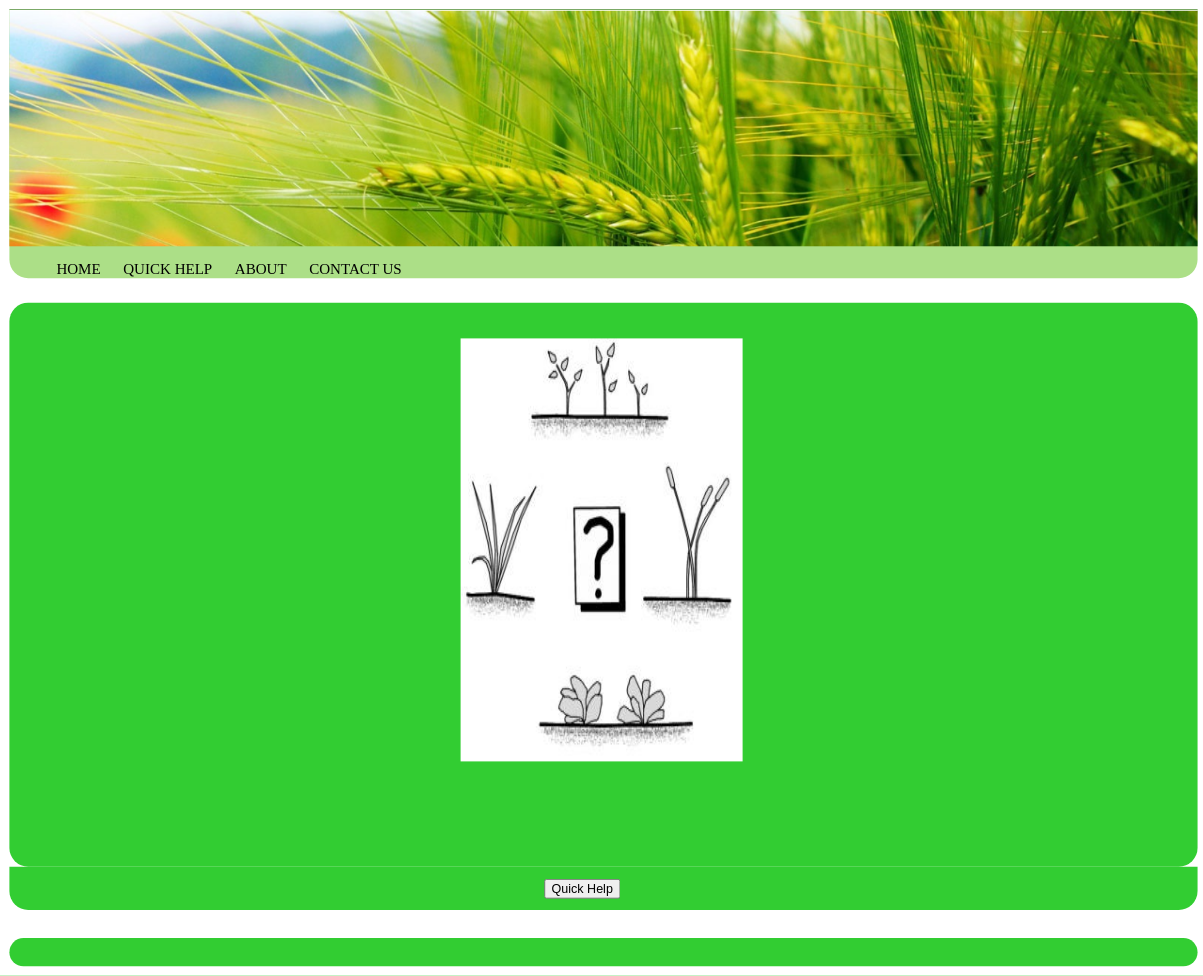
Repository: shivamtyagi1234/FarmoFriend
Page: http://localhost/FarmoFriend/
The author's editor kept a copy of each file at every save. The page is drawn from the files as they stood at one save, then again after the next save.
The browser window is 1280 px wide. The pictures show the whole page, at 94% of full size.
The page is served by Tomcat 9. Other server files are loaded and not shown.

Above is the page before, as saved 2019-11-03 06:55:02.

### FarmoFriend/WebContent/home.jsp
<%@ page language="java" contentType="text/html; charset=ISO-8859-1"
    pageEncoding="ISO-8859-1"%>
<!DOCTYPE html PUBLIC "-//W3C//DTD HTML 4.01 Transitional//EN" "http://www.w3.org/TR/html4/loose.dtd">
<html>
<head>
<meta http-equiv="Content-Type" content="text/html; charset=ISO-8859-1">
<title>home</title>

<style type="text/css">
#main
{
width: 100%;
height: 100%;
border: 2px solid white;
}
#homeHead
{
background-color: #ACDF87;
border-radius:0px 0px 20px 20px;
}
#blank1
{
width: 100%;
height: 10px;
}
#homeBody
{
background-color: limegreen;
border-top:2px solid;
width: 100%;
height: 600px;
border: 2px;
border-color:limegreen;
border-radius:20px 20px 20px 20px;
}
#homeBody img
{
height:450px;
width:300px;
padding-left: 38%;
padding-top: 3%;
}
#vote
{
border:2px;
border-color: limegreen;
padding-top:1%;
padding-left: 45%;
padding-bottom:1%;
background-color: limegreen;
border-radius:0px 0px 20px 20px;
}
#blank2
{
width: 100%;
height:30px;
}
</style>
</head>
<body >
<div id="main">
<div id="homeHead">
<jsp:include page="header.jsp"></jsp:include>
</div>
<div id="blank1"></div>
<div id="homeBody">
<img alt="home1" src="images\crop selection.jpg" >
<br>
</div>
<div id="vote">
<a href="voterLogin.jsp"><button>Quick Help</button></a>
</div>
<div id="blank2"></div>
<div id="homeFoot">
<jsp:include page="footer.jsp"></jsp:include>
</div>
</div>
</body>
</html>

### FarmoFriend/WebContent/header.jsp
<%@ page language="java" contentType="text/html; charset=ISO-8859-1"
    pageEncoding="ISO-8859-1"%>
<!DOCTYPE html PUBLIC "-//W3C//DTD HTML 4.01 Transitional//EN" "http://www.w3.org/TR/html4/loose.dtd">
<head>
<meta http-equiv="Content-Type" content="text/html; charset=ISO-8859-1">
<title>result</title>
<style>
#header
{
height: 25%;
width: 100%;


}
#header ul
{
list-style-type: none;
}
#header ul li
{
display: inline;

padding: 10px;
}
#header ul li a
{
text-decoration: none;
color: black;
}
</style>
</head>
<body>
<div id="header">
	<img src="images\head.png" width="100%">
	<ul>
	<li><a href="home.jsp">HOME</a></li>
	<li><a href="registration.jsp">QUICK HELP</a></li>
	<li><a href="voterLogin.jsp">ABOUT</a></li>
	<li><a href="result.jsp">CONTACT US</a></li>
</ul>
</div>
</body>
</html>

### FarmoFriend/WebContent/footer.jsp
<%@ page language="java" contentType="text/html; charset=ISO-8859-1"
    pageEncoding="ISO-8859-1"%>
<!DOCTYPE html PUBLIC "-//W3C//DTD HTML 4.01 Transitional//EN" "http://www.w3.org/TR/html4/loose.dtd">
<html>
<head>
<meta http-equiv="Content-Type" content="text/html; charset=ISO-8859-1">

<title>FOOTER</title>
<style type="text/css">
#footer
{
width: 100%;
height: 30px;
background-color: limegreen;
border-radius:20px 20px 20px 20px;
}
</style>
</head>
<body>
<div id="footer">

</div>
</body>
</html>

After the next save:
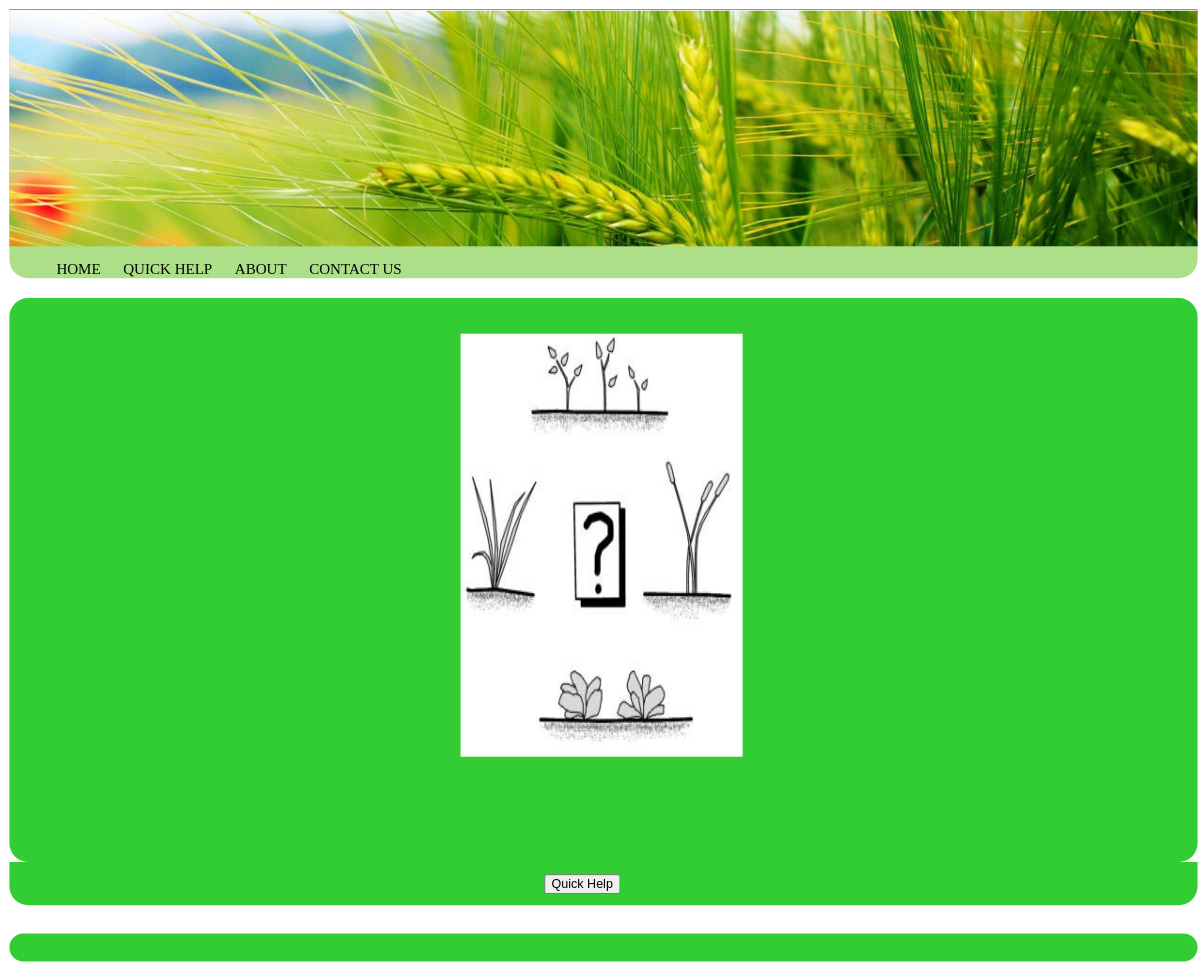
Saved 75 s later.
--- a/FarmoFriend/WebContent/home.jsp
+++ b/FarmoFriend/WebContent/home.jsp
@@ -21,7 +21,7 @@ border-radius:0px 0px 20px 20px;
 #blank1
 {
 width: 100%;
-height: 10px;
+height: 5px;
 }
 #homeBody
 {
